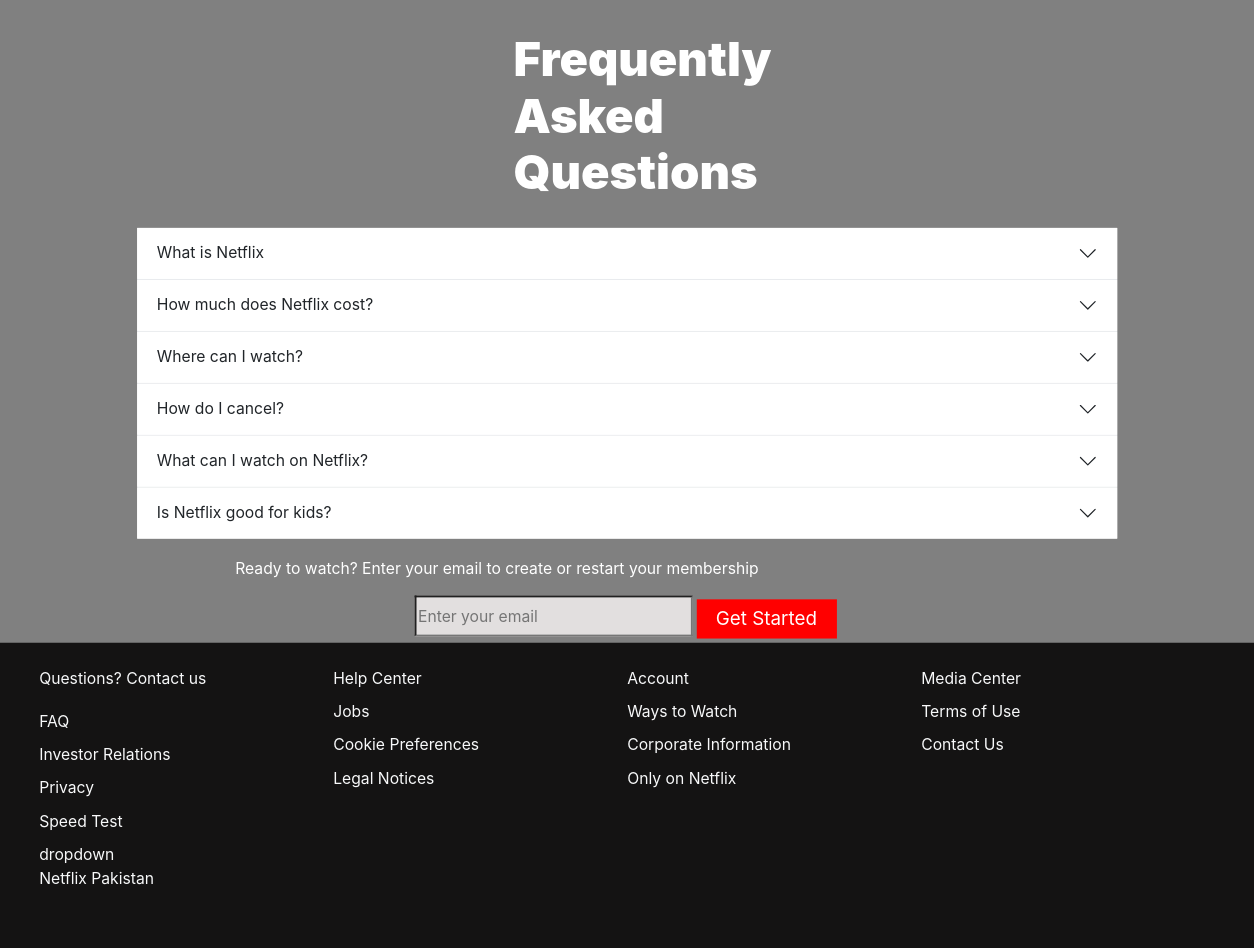
Repository: WajihaGul/Netflix-Clone
Page: /
These files come from the project's save history. The page is drawn as it stood at one moment and after the next save; the edit follows.
The browser window is 1280 px wide. The pictures show the part of the page from y = 621 to 1589 px (the page is 1589 px tall), at 98% of full size.
The project was rebuilt for these pictures with package versions that can differ from the ones it lists, and the page was loaded fresh each time. Also part of the build but not shown: src/App.css.

Above is the page before, as saved 2024-05-24 16:35:38.

After the next save:
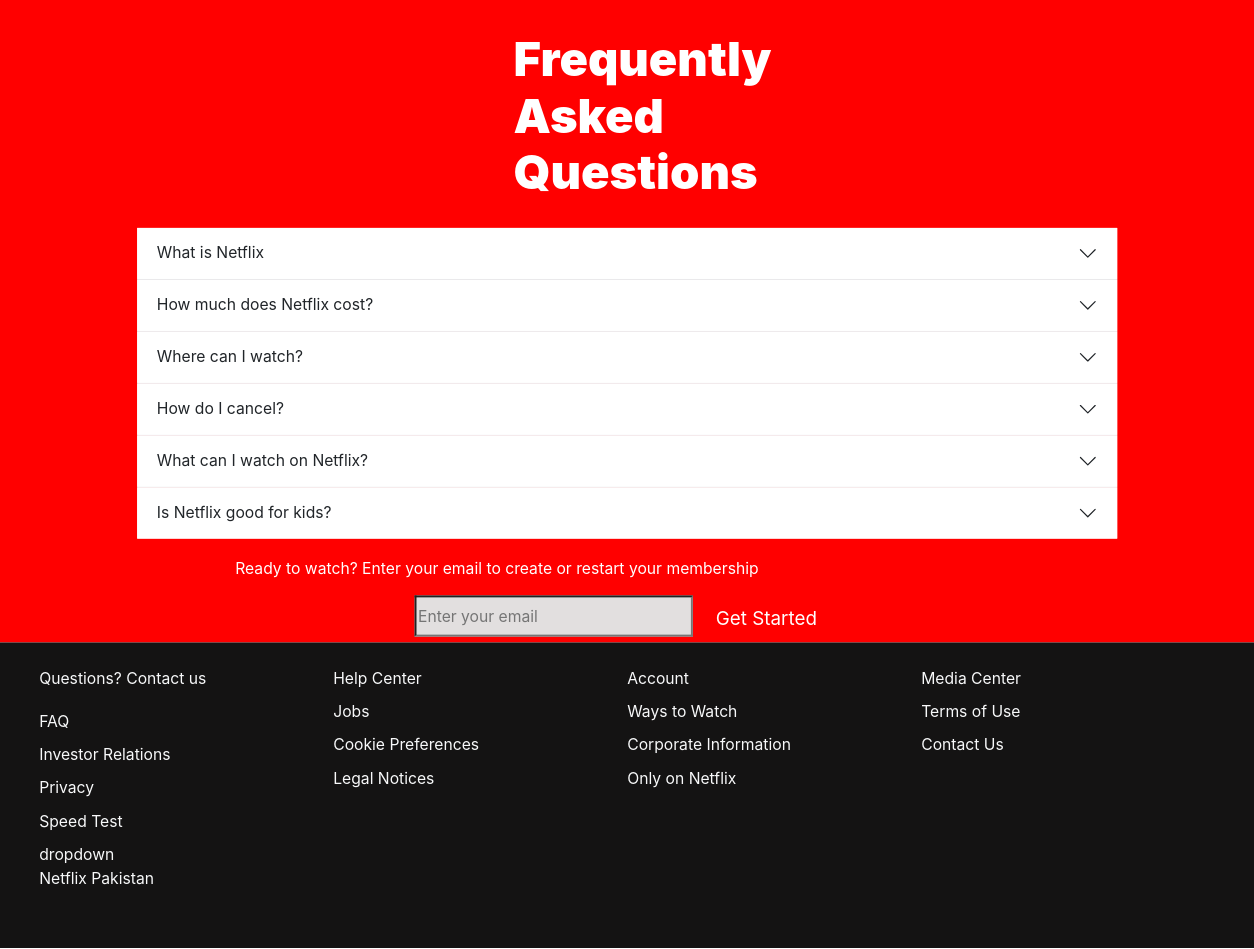
Saved 19 s later.
--- a/src/Components/FAQs/FAQs.jsx
+++ b/src/Components/FAQs/FAQs.jsx
@@ -4,7 +4,7 @@
 const FAQs = () => {
   return (
     <>
-      <div className={styles.parentdiv} style={{ backgroundColor: "gray" }}>
+      <div className={styles.parentdiv} style={{ backgroundColor: "red" }}>
         <h1 className={styles.faqh1}>Frequently Asked Questions</h1>
         <div
           className={`accordion accordion-flush id="accordionFlushExample"  ${styles.container}`}

After the save that followed:
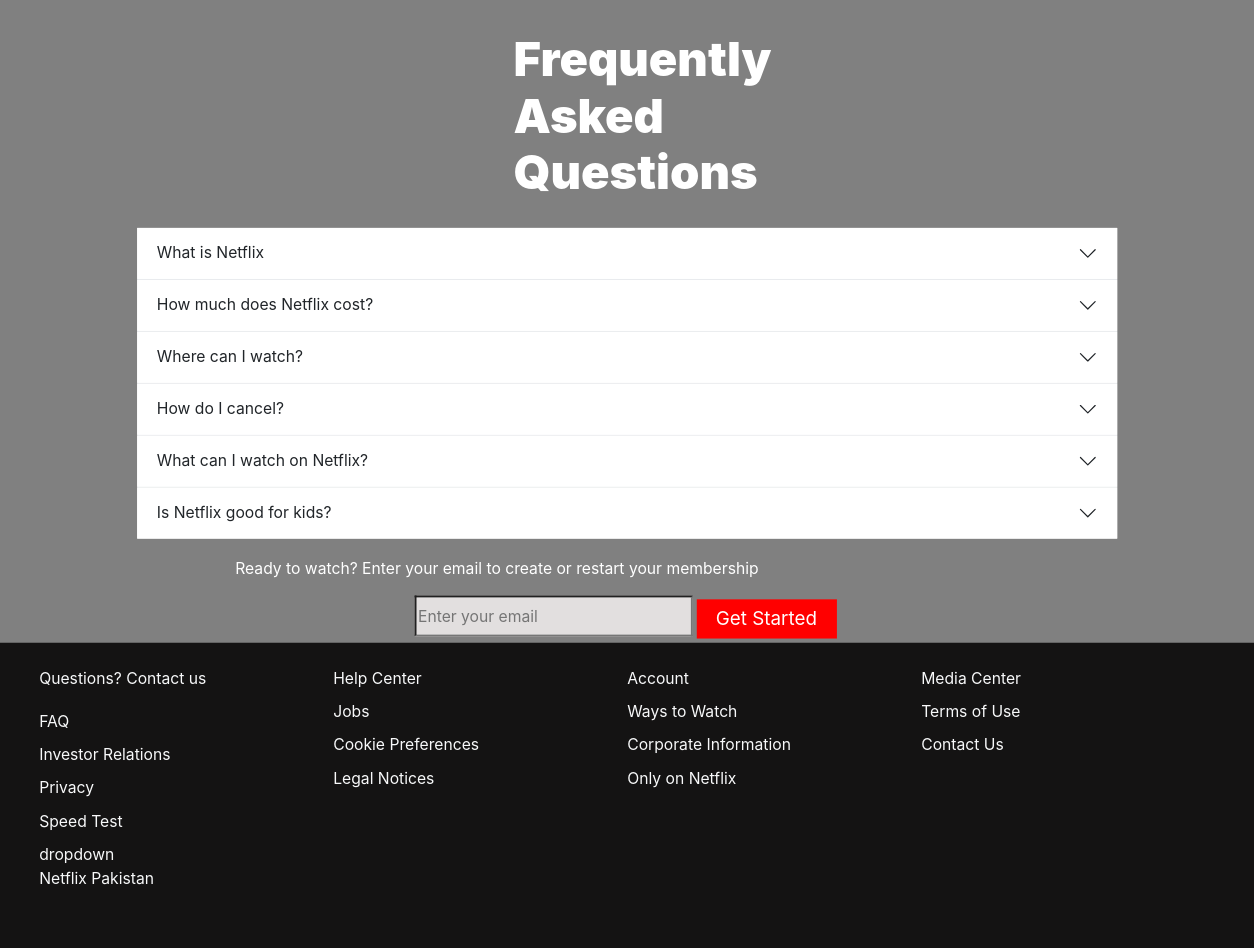
Saved 12 s later.
--- a/src/Components/FAQs/FAQs.jsx
+++ b/src/Components/FAQs/FAQs.jsx
@@ -4,7 +4,7 @@
 const FAQs = () => {
   return (
     <>
-      <div className={styles.parentdiv} style={{ backgroundColor: "red" }}>
+      <div className={styles.parentdiv} style={{ backgroundColor: "gray" }}>
         <h1 className={styles.faqh1}>Frequently Asked Questions</h1>
         <div
           className={`accordion accordion-flush id="accordionFlushExample"  ${styles.container}`}
